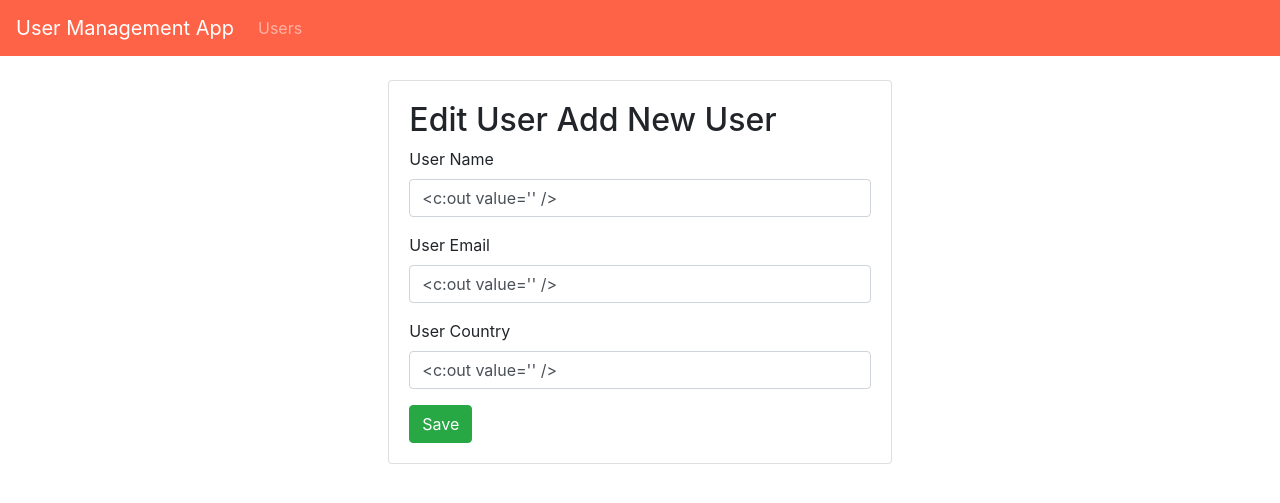
Repository: chamoddevinda0001/myfirstServelet
Page: http://localhost/OnlineEventManagementSystem/user-form.jsp
An editor plug-in stored every save of this project. The page is shown before and after the next save, followed by the edit.
The browser window is 1280 px wide. The pictures show the whole page.
The page is served by Tomcat 9. Other server files are loaded and not shown.

Above is the page before, as saved 2020-10-15 11:21:01.

### OnlineEventManagementSystem/WebContent/user-form.jsp
<%@ page language="java" contentType="text/html; charset=ISO-8859-1"
    pageEncoding="ISO-8859-1"%>
<!DOCTYPE html>
<html>
<html>
<head>
<title>User Management Application</title>
<link rel="stylesheet"
	href="https://stackpath.bootstrapcdn.com/bootstrap/4.3.1/css/bootstrap.min.css"
	integrity="sha384-ggOyR0iXCbMQv3Xipma34MD+dH/1fQ784/j6cY/iJTQUOhcWr7x9JvoRxT2MZw1T"
	crossorigin="anonymous">
</head>
<body>

	<header>
		<nav class="navbar navbar-expand-md navbar-dark"
			style="background-color: tomato">
			<div>
				<a href="https://www.javaguides.net" class="navbar-brand"> User Management App </a>
			</div>

			<ul class="navbar-nav">
				<li><a href="<%=request.getContextPath()%>/list"
					class="nav-link">Users</a></li>
			</ul>
		</nav>
	</header>
	<br>
	<div class="container col-md-5">
		<div class="card">
			<div class="card-body">
				<c:if test="${user != null}">
					<form action="update" method="post">
				</c:if>
				<c:if test="${user == null}">
					<form action="insert" method="post">
				</c:if>

				<caption>
					<h2>
						<c:if test="${user != null}">
            			Edit User
            		</c:if>
						<c:if test="${user == null}">
            			Add New User
            		</c:if>
					</h2>
				</caption>

				<c:if test="${user != null}">
					<input type="hidden" name="id" value="<c:out value='${user.id}' />" />
				</c:if>

				<fieldset class="form-group">
					<label>User Name</label> <input type="text"
						value="<c:out value='${user.name}' />" class="form-control"
						name="name" required="required">
				</fieldset>

				<fieldset class="form-group">
					<label>User Email</label> <input type="text"
						value="<c:out value='${user.email}' />" class="form-control"
						name="email">
				</fieldset>

				<fieldset class="form-group">
					<label>User Country</label> <input type="text"
						value="<c:out value='${user.country}' />" class="form-control"
						name="country">
				</fieldset>

				<button type="submit" class="btn btn-success">Save</button>
				</form>
			</div>
		</div>
	</div>
</body>
</html>

After the next save:
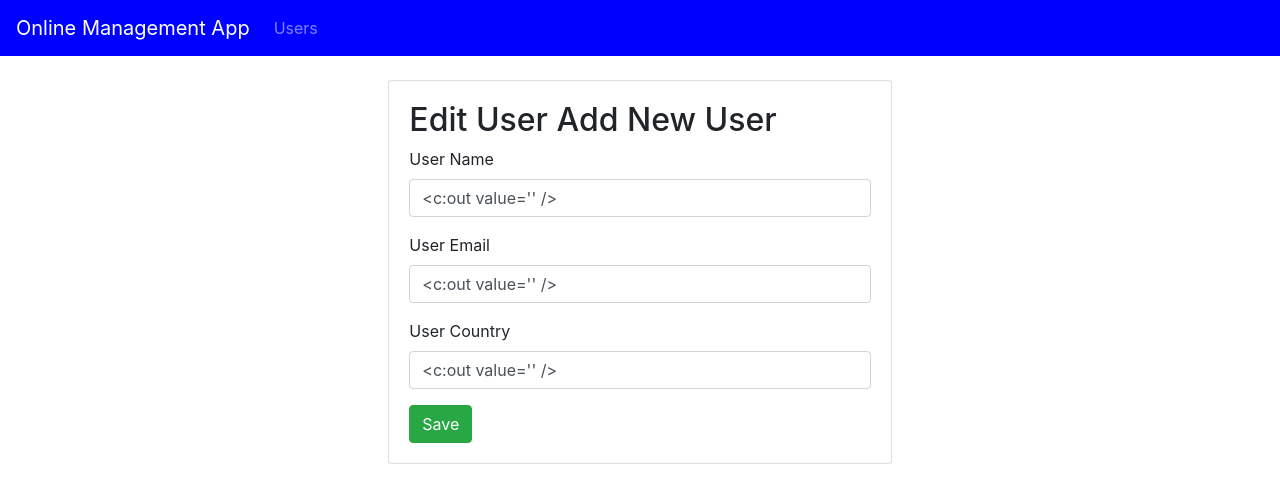
Saved 2 min 58 s later.
--- a/OnlineEventManagementSystem/WebContent/user-form.jsp
+++ b/OnlineEventManagementSystem/WebContent/user-form.jsp
@@ -14,9 +14,9 @@
 
 	<header>
 		<nav class="navbar navbar-expand-md navbar-dark"
-			style="background-color: tomato">
+			style="background-color: blue;">
 			<div>
-				<a href="https://www.javaguides.net" class="navbar-brand"> User Management App </a>
+				<a href="https://www.javaguides.net" class="navbar-brand"> Online Management App </a>
 			</div>
 
 			<ul class="navbar-nav">
